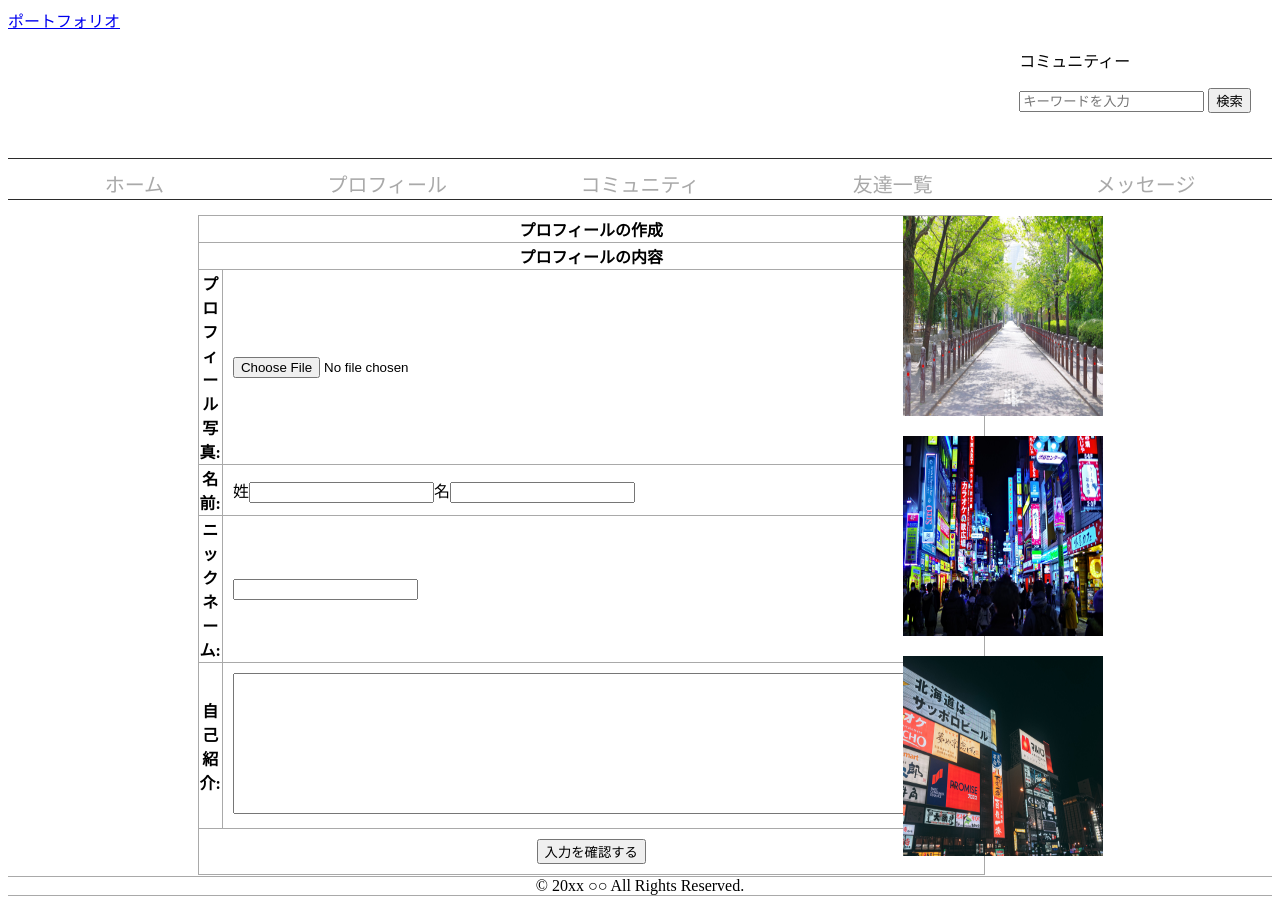
Repository: yuukiabc/samurai_PHP
Page: PFcreate.html
The author's editor kept a record of every edit. The page is drawn from the files as they stood at one moment, then again after the next edit.
The browser window is 1280 px wide. The pictures show the whole page.

Above is the page before.

### PFcreate.html
<!DOCTYPE html>
<html>
    <head><meta charset="UTF-8">
        <title>sns</title>
        <link rel="stylesheet"type="text/css"href="PFcreate.css">
    </head>
    <body>

            <div class="f">
                <a href="HP.html">ポートフォリオ</a>
                <div class="e">
                    <p>コミュニティー</p>
                    <input type="search" name="search" placeholder="キーワードを入力">
                    <input type="submit" name="submit" value="検索">
                </div>
            </div>
            <div class="d">
                <ul>
                    <li><a href="HP.html">ホーム</a></li>
                    <li><a href="PF.html">プロフィール</a></li>
                    <li><a href="CM.html">コミュニティ</a></li>
                    <li><a href="Friends list.html">友達一覧</a></li>
                    <li><a href="message.html">メッセージ</a></li>
                </ul>
            </div>
            <div class="menu"></div>
            <div class="h">
            <div class="c">
                <form>
                <table>
                    <tr>
        <th colspan="2">プロフィールの作成</th>
        </tr>
        <tr>
            <th colspan="2">プロフィールの内容</th>
        </tr>
        <tr>
            <th>プロフィール写真:</th>
            <td><input type="file" name="example1"></input></td>
        </tr>
        <tr>
        <th>名前:</th>
            <td>姓<input type="text"name="name">名<input type="text"name="name"></td>
        </tr>
        <tr>
        <th>ニックネーム:</th>
            <td><input type="text"name="nickname"></td>
        </tr>
        <tr>
        <th>自己紹介:</th>
            <div class="b">
                <td><textarea name="comment"cols="90"rows="9"></textarea></td>
            </div>
        </tr>
        <tr>
        <td colspan="2" class="center"><input type="submit"value="入力を確認する"></td>
        </tr>
        </table>
        </form>
        </div>
        <div class="a">
                <p>
                    <img src="8.jpg"alt="写真">
                </p>
                <p>
                    <img src="9.jpg"alt="写真">
                </p>
                <p>
                    <img src="10.jpg"alt="写真">
                </p>
            </div>
        </div>
        <div class="g">
            <p>&copy; 20xx ○○ All Rights Reserved.</p>
        </div>
    </body>
</html>

### PFcreate.css
.b{
    width:10000px;
}
.f{
    border-bottom: 1px solid #2b2b2b;
    height:150px;
}
.e{
    margin-left:80%;
}
.d{
    align-content: center;
    width: 100%;
    display: block;
    margin-left: auto;
    margin-right: auto;
    overflow: hidden;

}
.d ul{
    list-style-type:none;
    padding:0;
    margin:0;
}
.d ul li{
    float: left;
    text-align:center;
    width:20%;
}
.d ul li a{

    display:block;
    height:20px;
    padding:10px;
    text-decoration: none;
    color:#a9a9a9;
    font-size:20px;
    margin:0;
}
.d ul li a:hover{
    filter:drop-shadow(10px 10px 10px black);
}
.menu{
    border-top: 1px solid #2b2b2b;
}
.h{
    overflow: hidden;

}
.a{
    height:100%;
    width:15%;
    float:left;
    padding-left:10px;
    box-sizing: border-box;
}
.a img{
    height:200px;
    width:200px;
}
.g{
    border-top: 1px solid #a9a9a9;
    border-bottom: 1px solid #a9a9a9;
    text-align:center;
}
.g p{
    margin:0;
}
.c{
    height:100%;
    width:55%;
    float:left;
    padding-left:15%;
    margin-top:15px;
}
th,td{
    border:1px #000000 solid;
    border-color:#a9a9a9;
}
td{
    padding:10px;

}
table{
    border-collapse:collapse;
}
.center{
    text-align:center;
}

After the next edit:
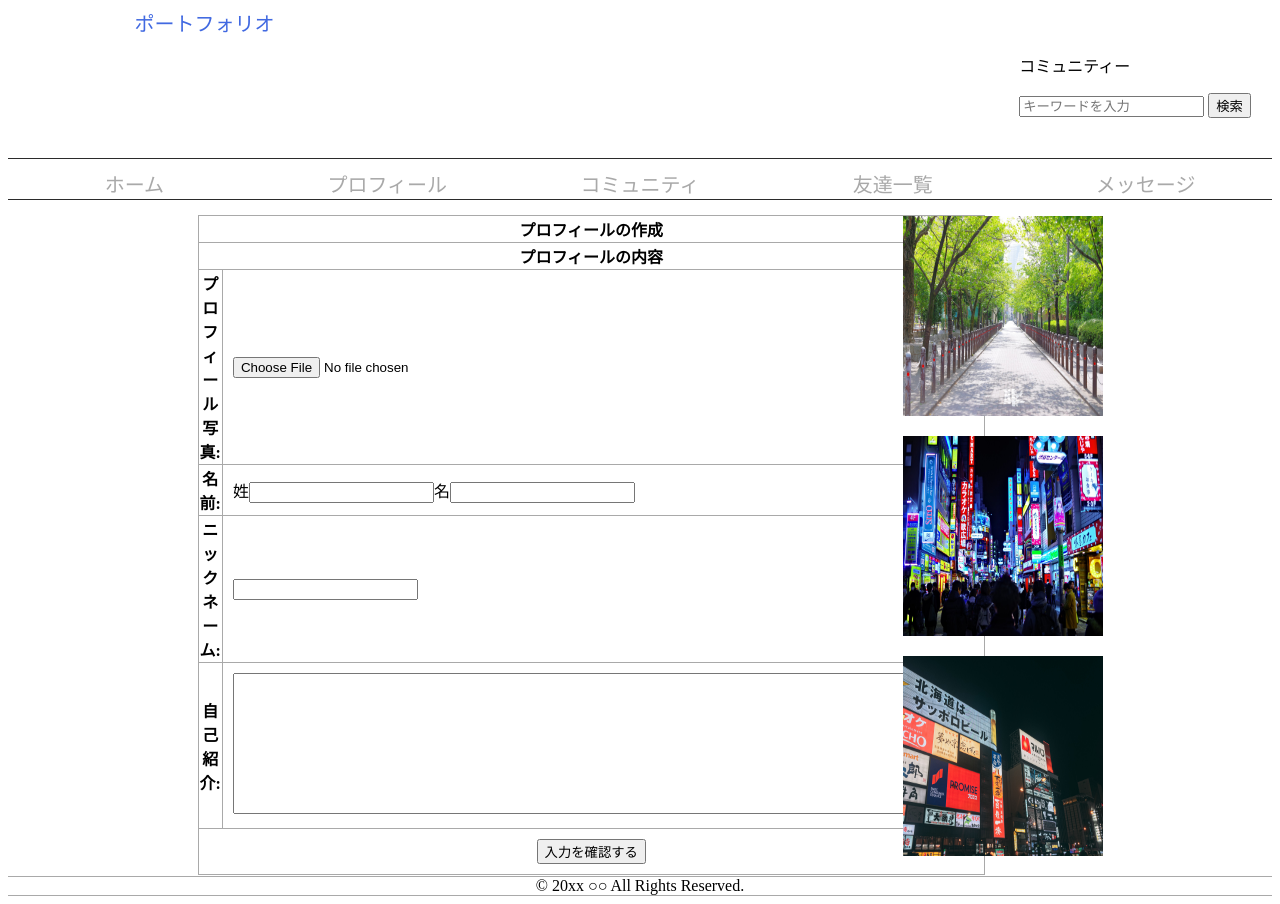
The edit:
--- a/PFcreate.css
+++ b/PFcreate.css
@@ -4,6 +4,12 @@
 .f{
     border-bottom: 1px solid #2b2b2b;
     height:150px;
+}
+.f a {
+  margin-left: 10%;
+  text-decoration: none;
+  font-size: 20px;
+  color: #4169e1;
 }
 .e{
     margin-left:80%;
